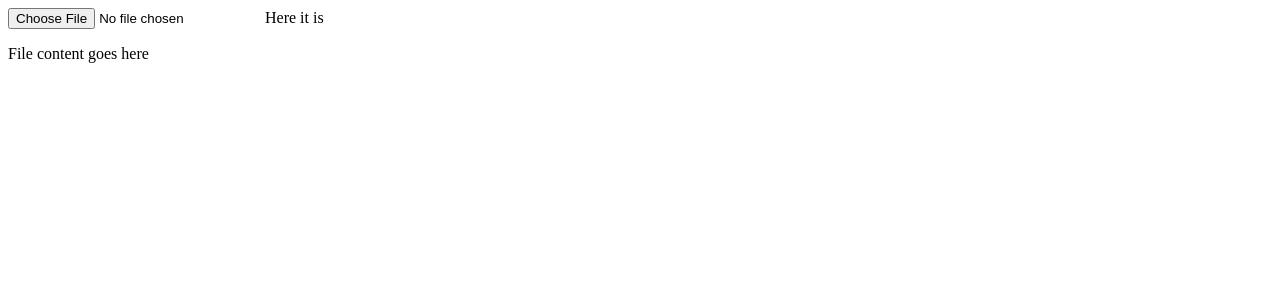
Repository: shutterfly2011/apache
Page: JavaScriptTest/test.html
These files come from the project's save history. The page is drawn as it stood at one moment and after the next save; the edit follows.
The browser window is 1280 px wide. The pictures show the whole page.

Above is the page before, as saved 2015-09-18 02:20:02.

### JavaScriptTest/test.html
<!DOCTYPE html>
<html>
<head>
<meta charset="ISO-8859-1">
<title>HTML testing container</title>
<script type="text/javascript">
	//alert ("hello, this is first stop");
	var dataSet=[];
</script>

</head>
<body>

	<input type="file" onchange="dosomething(this.files)"/>
	<a id="valuefield">Here it is</a>
	<p><a id="fileContent">File content goes here</a></p>
	<script type="text/javascript">
		//alert("Hello!");
		//document.getElementById("valuefield").innerHTML = "This is innerHTML";
		function dosomething(files){
			var reader = new FileReader();
			var lines;
			reader.onload = function(e){
				var content = reader.result;
				var allTextLines = content.split(/\r\n|\n/);
			    //var lines = [];
			    while (allTextLines.length) {
			        dataSet.push(allTextLines.shift().split(','));
			    }
				document.getElementById("fileContent").innerHTML = dataSet[0];

			};
			reader.readAsText(files[0]);

		}

	</script>
</body>
</html>

After the next save:
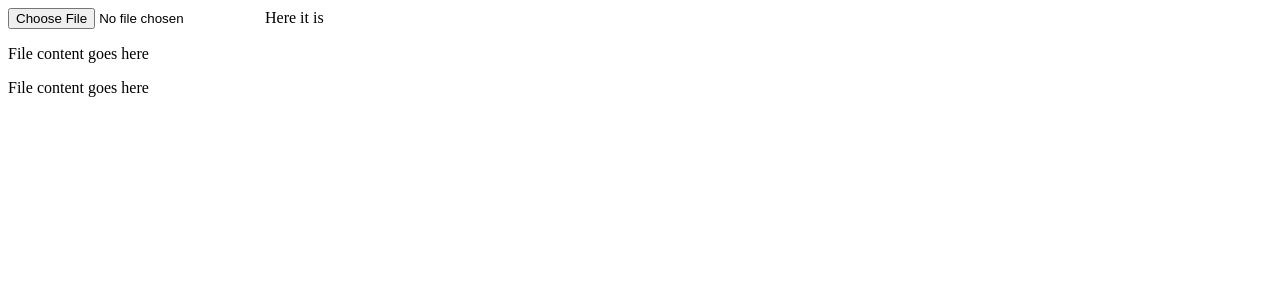
Saved 97 s later.
--- a/JavaScriptTest/test.html
+++ b/JavaScriptTest/test.html
@@ -6,6 +6,7 @@
 <script type="text/javascript">
 	//alert ("hello, this is first stop");
 	var dataSet=[];
+	var randomNumberArray=[1,2,3,4,5];
 </script>
 
 </head>
@@ -14,6 +15,8 @@
 	<input type="file" onchange="dosomething(this.files)"/>
 	<a id="valuefield">Here it is</a>
 	<p><a id="fileContent">File content goes here</a></p>
+	<p><a id="fileContent1">File content goes here</a></p>
+
 	<script type="text/javascript">
 		//alert("Hello!");
 		//document.getElementById("valuefield").innerHTML = "This is innerHTML";
@@ -28,7 +31,7 @@
 			        dataSet.push(allTextLines.shift().split(','));
 			    }
 				document.getElementById("fileContent").innerHTML = dataSet[0];
-
+				document.getElementById("fileContent1").innerHTML = randomNumberArray;
 			};
 			reader.readAsText(files[0]);
 
